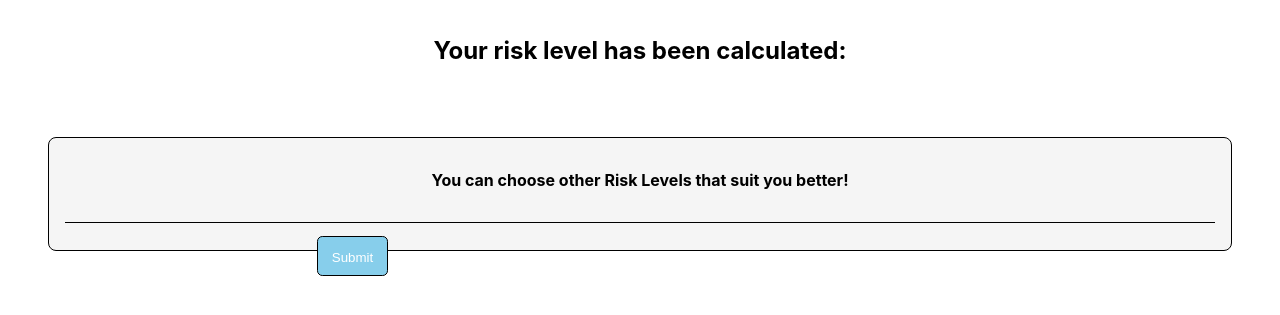
Repository: TheRungtaLibrary/survey
Page: /steps/5
These files come from the project's save history. The page is drawn as it stood at one moment and after the next save; the edit follows.
The browser window is 1280 px wide. The pictures show the whole page.
The page's requests for data from a server got no answer. The project was rebuilt for these pictures with package versions that can differ from the ones it lists, and the page was loaded fresh each time. No one was signed in, and anything a server would have sent is missing. Also part of the build but not shown: src/components/Steps/Intro/Intro.js, src/components/Steps/Step1/Step1.js, src/components/Steps/Step2/Step2.js, src/components/Steps/Step3/Step3.js, src/components/Steps/Step4/Step4.js.

Above is the page before, as saved 2020-06-15 17:13:36.

After the next save:
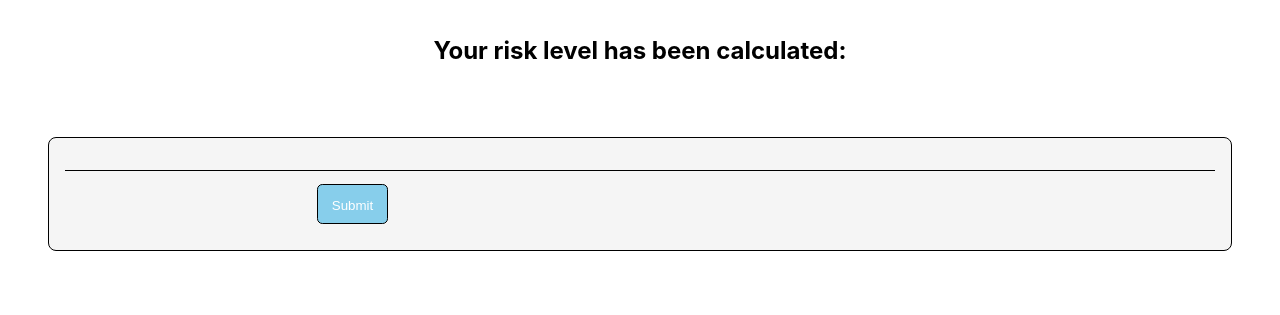
Saved 45 s later.
--- a/src/components/Steps/Summary/Summary.js
+++ b/src/components/Steps/Summary/Summary.js
@@ -81,9 +81,13 @@
       <h3>{selectedRisk && selectedRisk.name}</h3>
       <p>{selectedRisk && selectedRisk.description}</p>
       <div className="input-container panel">
-        <p>
-          <label>You can choose other Risk Levels that suit you better!</label>
-        </p>
+        {
+          isSumbitted &&
+          <p>
+            <label>You can choose other Risk Levels that suit you better!</label>
+          </p>
+        }
+
         <div>
           {!isSumbitted && riskLevels && selectedRisk && riskLevels.filter(risk => !(risk.state === selectedRisk.state))
             .map((element, index) => (

After the 2 saves that followed:
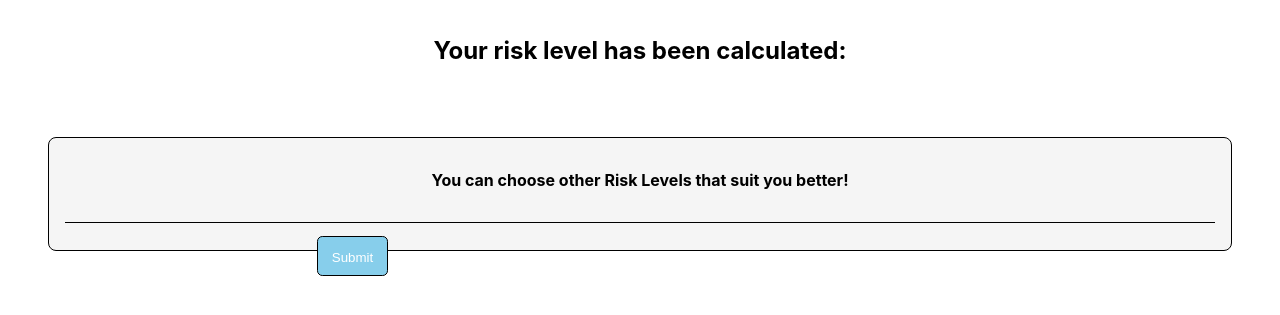
The 2 saves are shown as one change because 1 left the picture as it was.
The last was saved 18 s later.
--- a/src/components/Steps/Summary/Summary.js
+++ b/src/components/Steps/Summary/Summary.js
@@ -82,12 +82,11 @@
       <p>{selectedRisk && selectedRisk.description}</p>
       <div className="input-container panel">
         {
-          isSumbitted &&
+          !isSumbitted &&
           <p>
             <label>You can choose other Risk Levels that suit you better!</label>
           </p>
         }
-
         <div>
           {!isSumbitted && riskLevels && selectedRisk && riskLevels.filter(risk => !(risk.state === selectedRisk.state))
             .map((element, index) => (
